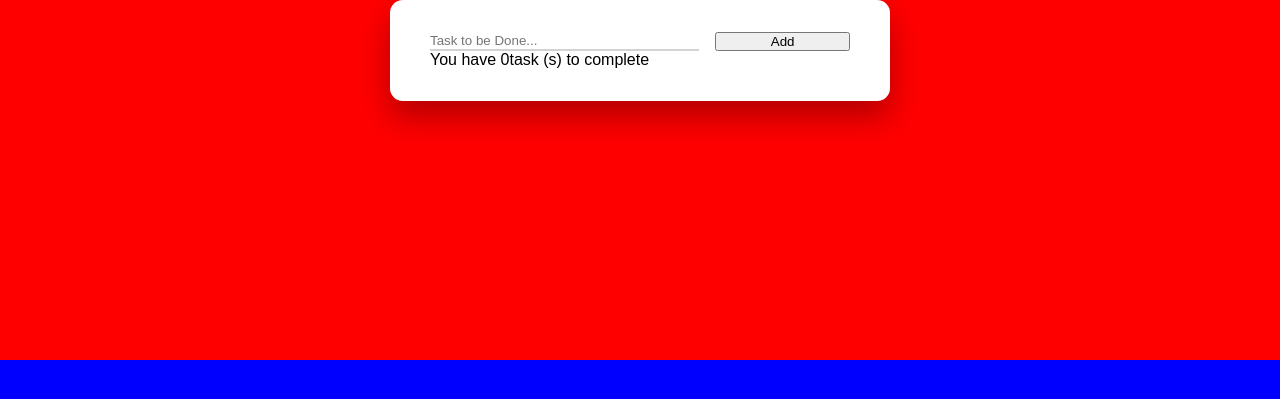
Repository: JunaidAnsari202/Todo-List
Page: index.html
The author's editor kept a copy of each file at every save. The page is drawn from the files as they stood at one save, then again after a run of saves.
The browser window is 1280 px wide. The pictures show the whole page.

Above is the page before, as saved 2023-10-30 12:36:20.

### index.html
<!DOCTYPE html>
<html lang="en">
<head>
    <meta charset="UTF-8">
    <meta name="viewport" content="width=device-width, initial-scale=1.0">
    <title>Document</title>
    <link rel="stylesheet" href="style.css">
</head>
<body>
    <div class="app">
        <div class="container">
            <div id="wrapper">
                <input type="text" placeholder="Task to be Done...">
                <button id="btn">Add</button>
            </div>
            <div id="task">
                <p id="pending task">You have <span class="count">0</span>task (s) to complete</p>
            </div>
        </div>
    </div>
</body>
</html>

### style.css
*{
    margin: 0;
    padding: 0;
    box-sizing: border-box;
}

body{
    height: 100vh;
    background: linear-gradient(red 50%,blue 50%);
}

.app{
    font-family: "poppins", sans-serif;
    position: absolute;
    width: min(95vw , 31.25em);
    margin: auto;
    left: 0;
    right: 0;
}

.container{
    padding: 2em 2.5em;
    background-color: #fff;
    box-shadow: 0 1em 2em rgba(0,0,0,0.3);
    border-radius: 0.8em;

}

#wrapper{
    position: relative;
    display: grid;
    grid-template-columns: 8fr 4fr;
    gap: 1em;
}

#wrapper input{
    width: 100%;
    background-color: transparent;
    color: #111111;
    font-size: 0.9;
    border:none;
    border-bottom: 2px solid #d1d3d4;

}

After the next 10 saves:
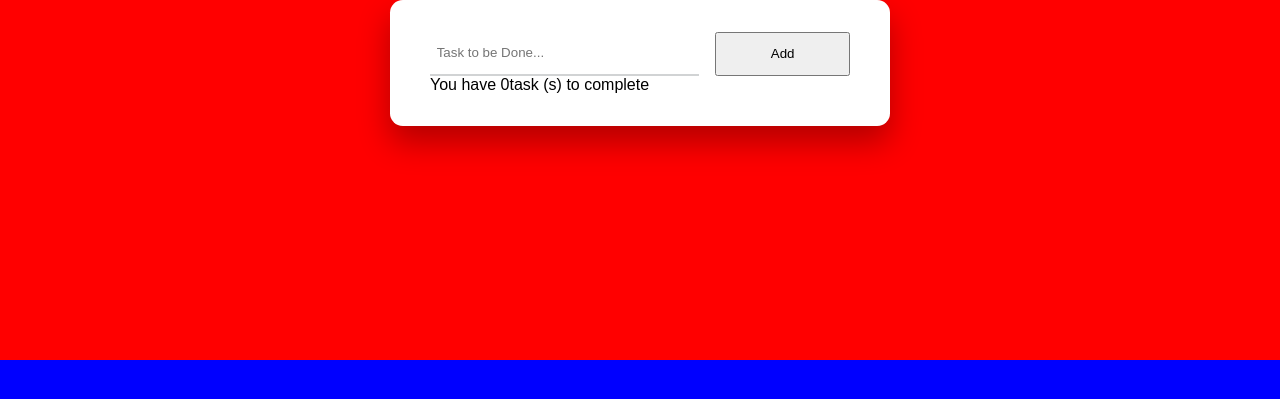
The 10 saves are shown as one change because they came seconds apart.
The last was saved 15 s later.
--- a/style.css
+++ b/style.css
@@ -40,5 +40,6 @@ body{
     font-size: 0.9;
     border:none;
     border-bottom: 2px solid #d1d3d4;
+    padding: 1em 0.5em;
 
 }
